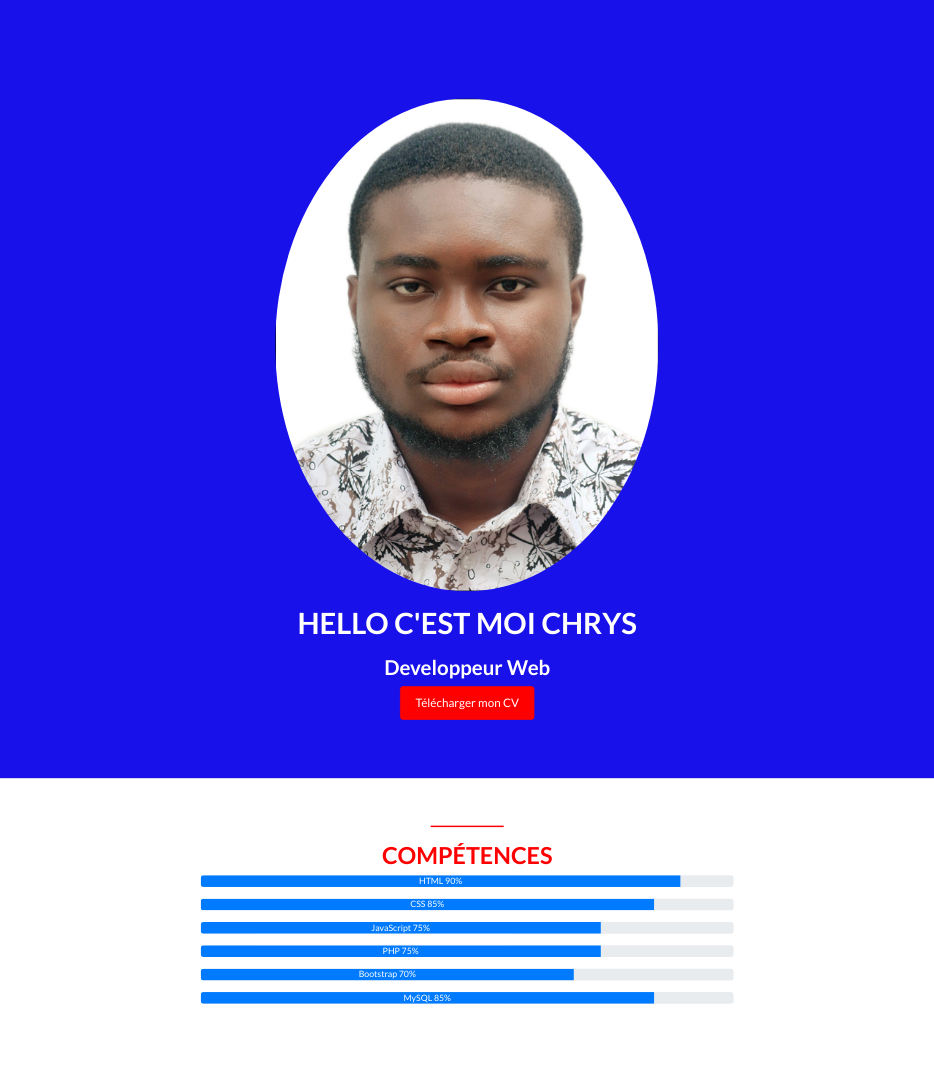
Repository: CHRYSOVR/CV_en_ligne_Interactif
Page: index.html
The author's editor kept a copy of each file at every save. The page is drawn from the files as they stood at one save, then again after the next save.
The browser window is 1280 px wide. The pictures show the whole page, at 73% of full size.

Above is the page before, as saved 2025-07-08 20:45:56.
Console error: TypeError: Cannot read properties of undefined (reading 'fn')

After the next save:
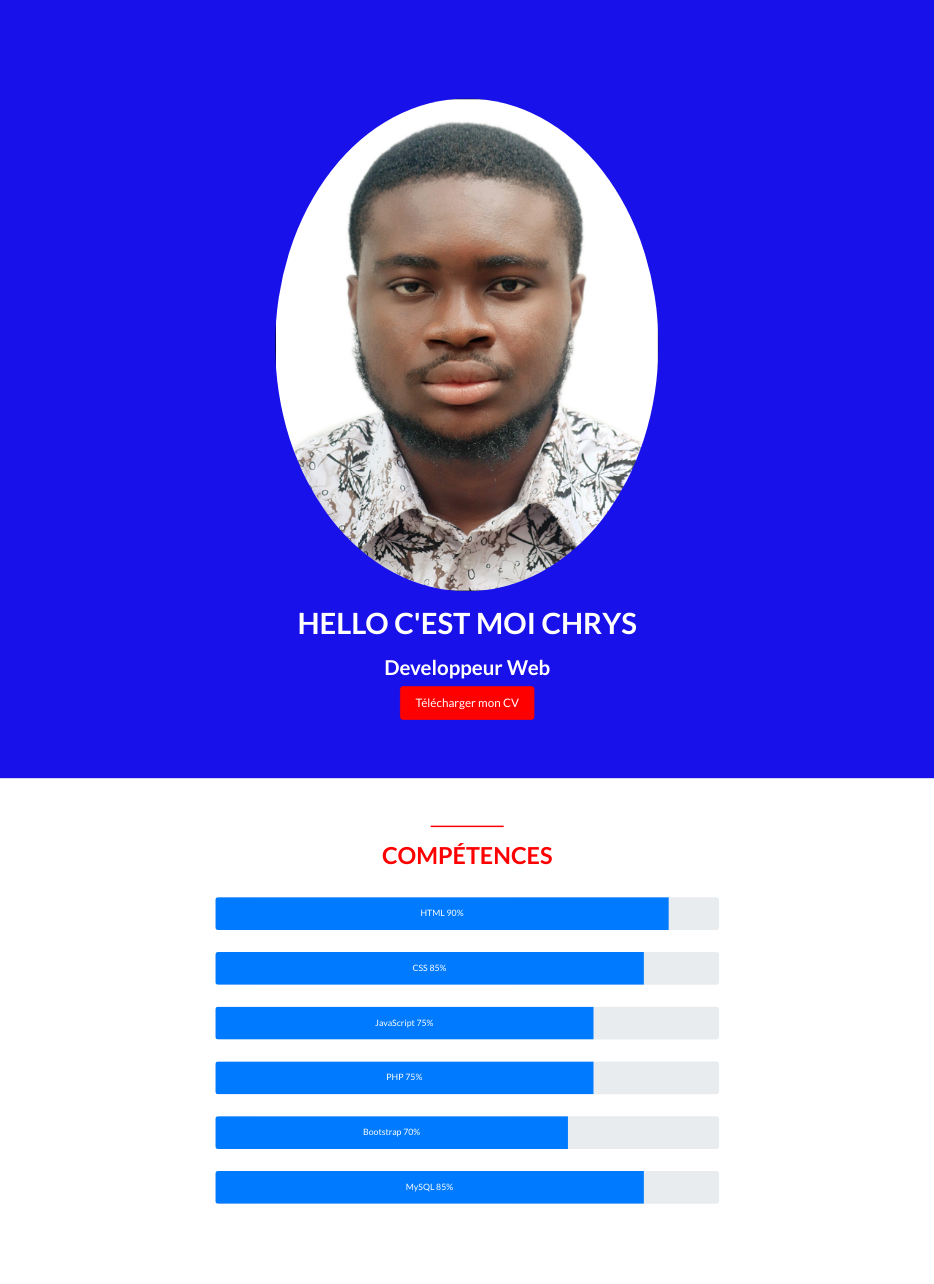
Saved 3 min 7 s later.
--- a/css/style.css
+++ b/css/style.css
@@ -68,3 +68,8 @@ img{
 #skills .heading h2 {
     color:red
 }
+#skills .progress {
+    height: 45px;
+    margin: 30px 20px;
+
+}
